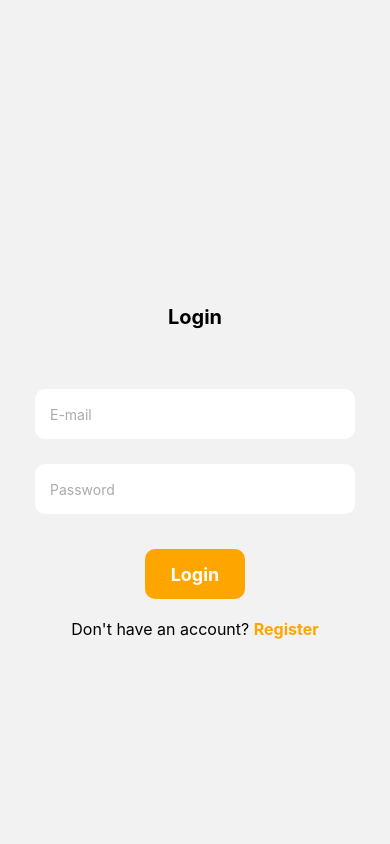
Repository: ds-mbappe/UpShoCal
Screen: /
An editor plug-in stored every save of this project. The screen is shown before and after the next save, followed by the edit.
The app was drawn by React Native's web renderer in a window 390 px wide. The project was rebuilt for these pictures with package versions that can differ from the ones it lists, and the page was loaded fresh each time. Also part of the build but not shown: data.js, Screens/Home.js, Screens/Product.js, Screens/Registration.js.

Above is the screen before, as saved 2022-06-07 13:51:56.

### App.js
import React, { useEffect, useState } from "react";
import { NavigationContainer } from "@react-navigation/native";
import { createNativeStackNavigator } from "@react-navigation/native-stack";
import { createDrawerNavigator } from "@react-navigation/drawer";
import Home from "./Screens/Home";
import Product from "./Screens/Product";
import Login from "./Screens/Login";
import Registration from "./Screens/Registration";

const Stack = createNativeStackNavigator();
const Drawer = createDrawerNavigator();

const Root = () => {
  return (
    <Stack.Navigator initialRouteName="Home">
      <Stack.Screen
        name="Root"
        component={Home}
        options={{ headerShown: false }}
      />
      <Stack.Screen
        name="Product"
        component={Product}
        options={{ headerShown: false }}
      />
    </Stack.Navigator>
  );
};

export default function App() {
  const [loading, setLoading] = useState(true);

  const [user, setUser] = useState(null);

  return (
    <NavigationContainer>
      <Stack.Navigator>
        {user ? (
          <Stack.Screen
            name="Root"
            component={Root}
            options={{ headerShown: false }}
          />
        ) : (
          <>
            <Stack.Screen
              name="Login"
              component={Login}
              options={{ headerShown: false }}
            />
            <Stack.Screen
              name="Registration"
              component={Registration}
              options={{ headerShown: false }}
            />
          </>
        )}
      </Stack.Navigator>
    </NavigationContainer>
    // <NavigationContainer>
    //   <Drawer.Navigator screenOptions={{ drawerPosition: "right" }}>
    //     <Drawer.Screen
    //       name="Home"
    //       component={Root}
    //       options={{ headerShown: false }}
    //     />
    //   </Drawer.Navigator>
    // </NavigationContainer>
  );
}

### Screens/Login.js
import {
  StyleSheet,
  Text,
  TextInput,
  TouchableOpacity,
  View,
  ScrollView,
} from "react-native";
import React, { useState } from "react";

const Login = ({ navigation }) => {
  const [email, setEmail] = useState("");

  const [password, setPassword] = useState("");

  const onFooterLinkPress = () => {
    navigation.navigate("Registration");
  };

  const onLoginPress = () => {
    console.log("Pressed");
  };

  return (
    <ScrollView
      style={{ flex: 1, width: "100%" }}
      contentContainerStyle={{ flexGrow: 1, justifyContent: "center" }}
    >
      <View style={styles.container}>
        <Text
          style={{
            fontSize: 20,
            fontWeight: "bold",
            marginTop: 100,
            marginBottom: 50,
          }}
        >
          Login
        </Text>
        <TextInput
          style={styles.input}
          placeholder="E-mail"
          placeholderTextColor="#AAAAAA"
          onChangeText={(text) => setEmail(text)}
          value={email}
          autoCapitalize="none"
        />
        <TextInput
          style={styles.input}
          placeholder="Password"
          placeholderTextColor="#AAAAAA"
          secureTextEntry={true}
          onChangeText={(text) => setPassword(text)}
          value={password}
          autoCapitalize="none"
        />
        <TouchableOpacity style={styles.button} onPress={() => onLoginPress()}>
          <Text style={styles.buttonTitle}>Login</Text>
        </TouchableOpacity>
        <View style={styles.footerView}>
          <Text style={styles.footerText}>
            Don't have an account?{" "}
            <Text style={styles.footerLink} onPress={onFooterLinkPress}>
              Register
            </Text>
          </Text>
        </View>
      </View>
    </ScrollView>
  );
};

export default Login;

const styles = StyleSheet.create({
  container: {
    flex: 1,
    justifyContent: "center",
    alignItems: "center",
  },
  input: {
    width: 320,
    height: 50,
    borderRadius: 10,
    overflow: "hidden",
    backgroundColor: "white",
    marginTop: 10,
    marginBottom: 15,
    marginStart: 30,
    marginEnd: 30,
    paddingStart: 15,
  },
  button: {
    backgroundColor: "orange",
    marginStart: 30,
    marginEnd: 30,
    marginTop: 20,
    borderRadius: 10,
    width: 100,
    height: 50,
    justifyContent: "center",
    alignItems: "center",
  },
  buttonTitle: {
    color: "white",
    fontSize: 18,
    fontWeight: "bold",
  },
  footerView: {
    justifyContent: "center",
    alignItems: "center",
    marginTop: 20,
  },
  footerText: {
    fontSize: 16,
    color: "black",
  },
  footerLink: {
    color: "orange",
    fontWeight: "bold",
    fontSize: 16,
  },
});

After the next save:
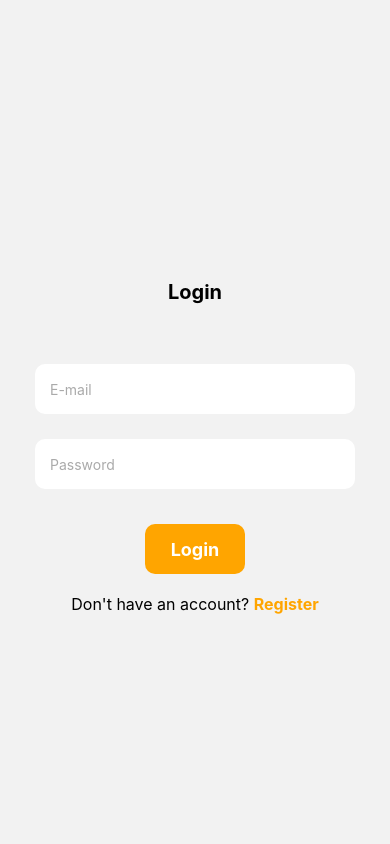
Saved 8 s later.
--- a/Screens/Login.js
+++ b/Screens/Login.js
@@ -31,7 +31,7 @@ const Login = ({ navigation }) => {
           style={{
             fontSize: 20,
             fontWeight: "bold",
-            marginTop: 100,
+            marginTop: 50,
             marginBottom: 50,
           }}
         >
